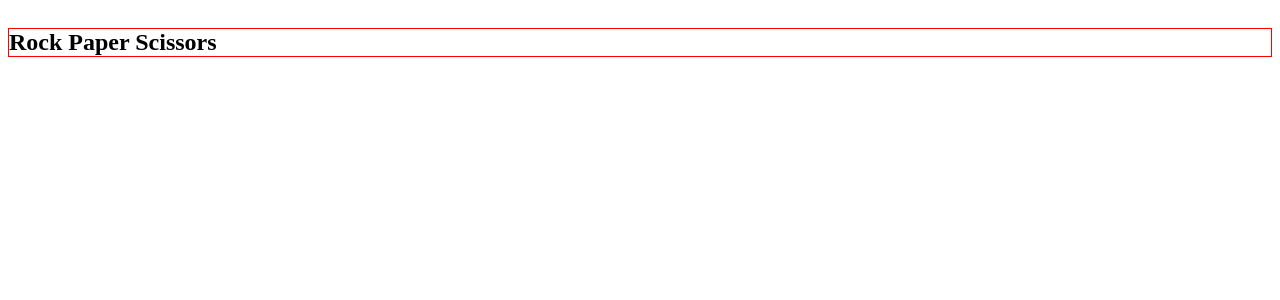
Repository: Aaryan-Poria/Rock-Paper-Scissors
Page: index.html
The author's editor kept a copy of each file at every save. The page is drawn from the files as they stood at one save, then again after the next save.
The browser window is 1280 px wide. The pictures show the whole page.

Above is the page before, as saved 2023-08-20 16:01:26.

### index.html
<!DOCTYPE html>
<html lang="en">
  <head>
    <meta charset="UTF-8" />
    <meta name="viewport" content="width=device-width, initial-scale=1.0" />
    <title>Rock Paper Scissors</title>
    <link rel="stylesheet" href="style.css" />
  </head>

  <body>
    <section class="head">
      <h2>Rock Paper Scissors</h2>
    </section>
    <!-- <section class="main">
      <div class="main-text">
        <h3>Choose your weapon</h3>
        <p>First to 5 points wins the game</p>
      </div>
      <div class="player-text">
        <p class="qmark 1">?</p>
        <p class="score 1">Player: 0</p>
      </div>
      <div class="comp-text">
        <p class="qmark 2">?</p>
        <p class="score 2">Computer: 0</p>
      </div>
    </section> -->
  </body>
</html>

### style.css
body {
  display: flex;
  flex-direction: column;
}
.head > h2 {
  border: 1px solid red;
}

After the next save:
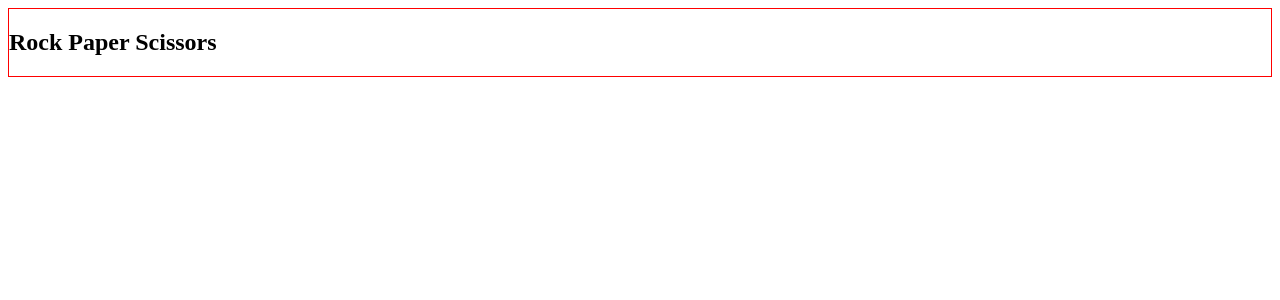
Saved 28 s later.
--- a/style.css
+++ b/style.css
@@ -2,6 +2,6 @@ body {
   display: flex;
   flex-direction: column;
 }
-.head > h2 {
+.head {
   border: 1px solid red;
 }
